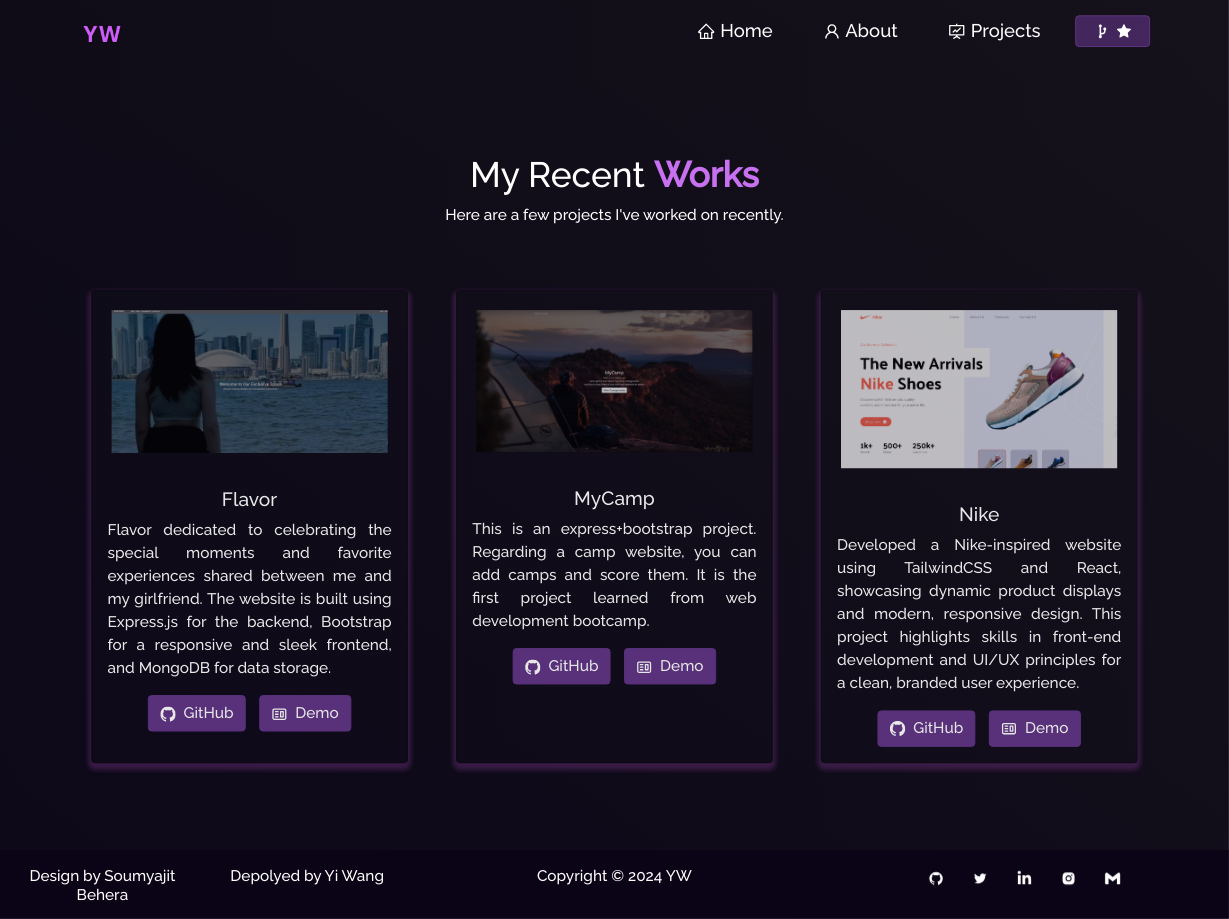
Repository: YiWang24/Portfolio
Page: /project
The author's editor kept a copy of each file at every save. The page is drawn from the files as they stood at one save, then again after the next save.
The browser window is 1280 px wide. The pictures show the whole page, at 96% of full size.
The project was rebuilt for these pictures with package versions that can differ from the ones it lists, and the page was loaded fresh each time. Also part of the build but not shown: src/components/Home/Home2.js, src/components/Home/Type.js, src/components/Home/Home.js, src/components/About/Github.js, src/components/About/Techstack.js, src/components/About/AboutCard.js, src/components/About/Toolstack.js, src/components/About/About.js and 1 more. Imported but missing from the stored project, and not drawn on this page: src/Assets/Soumyajit_Behera-BIT_MESRA.pdf.

Above is the page before, as saved 2024-10-28 13:26:48.

### public/index.html
<!DOCTYPE html>
<html lang="en">

<head>
  <meta charset="utf-8" />
  <link rel="icon" href="%PUBLIC_URL%/favicon.png" />
  <meta name="viewport" content="width=device-width, initial-scale=1" />
  <meta name="theme-color" content="#000000" />
  <meta name="description" content="Web site created using create-react-app" />
  <link rel="manifest" href="%PUBLIC_URL%/manifest.json" />
  <title>Yi Wang | Portfolio</title>
  <meta name="description" content="Self Developed personal website build with React.js">

  <!-- Google / Search Engine Tags -->
  <meta itemprop="name" content="Yi Wang | Portfolio">
  <meta itemprop="description" content="Self Developed personal website build with React.js">
  <meta itemprop="image"
    content="https://raw.githubusercontent.com/soumyajit4419/Portfolio/master/Images/readme-img.png?token=AK7VCIF5RYEUZZAURELPTAC76U6AK">

  <!-- Facebook Meta Tags -->
  <meta property="og:url" content="https://soumyajit.vercel.app">
  <meta property="og:type" content="website">
  <meta property="og:title" content="Yi Wang | Portfolio">
  <meta property="og:description" content="Self Developed personal website build with React.js">
  <meta property="og:image"
    content="https://raw.githubusercontent.com/soumyajit4419/Portfolio/master/Images/readme-img.png?token=AK7VCIF5RYEUZZAURELPTAC76U6AK">

  <!-- Twitter Meta Tags -->
  <meta name="twitter:card" content="summary_large_image">
  <meta name="twitter:title" content="Yi Wang | Portfolio">
  <meta name="twitter:description" content="Self Developed personal website build with React.js">
  <meta name="twitter:image"
    content="https://raw.githubusercontent.com/soumyajit4419/Portfolio/master/Images/readme-img.png?token=AK7VCIF5RYEUZZAURELPTAC76U6AK">
</head>

<body>
  <noscript>You need to enable JavaScript to run this app.</noscript>
  <div id="root"></div>
</body>

</html>

### src/components/Projects/Projects.js
import React from "react";
import { Container, Row, Col } from "react-bootstrap";
import ProjectCard from "./ProjectCards";
import Particle from "../Particle";
import flavor from "../../Assets/Projects/flavor.png";
import camp from "../../Assets/Projects/camp.png";
import nike from "../../Assets/Projects/Nike.png";

function Projects() {
  return (
    <Container
      fluid
      className="project-section "
      style={{ minHeight: "100vh" }}
    >
      <Particle />
      <Container>
        <h1 className="project-heading">
          My Recent <strong className="purple">Works </strong>
        </h1>
        <p style={{ color: "white" }}>
          Here are a few projects I've worked on recently.
        </p>
        <Row style={{ justifyContent: "center", paddingBottom: "10px" }}>
          <Col md={4} className="project-card">
            <ProjectCard
              imgPath={flavor}
              isBlog={false}
              title="Flavor"
              description="Flavor dedicated to celebrating the special moments and favorite experiences shared between me and my girlfriend. The website is built using Express.js for the backend, Bootstrap for a responsive and sleek frontend, and MongoDB for data storage. "
              ghLink="https://github.com/YiWang24/Flavor"
              demoLink="https://app1.yiwang.run/"
            />
          </Col>
          <Col md={4} className="project-card">
            <ProjectCard
              imgPath={camp}
              isBlog={false}
              title="MyCamp"
              description="This is an express+bootstrap project. Regarding a camp website, you can add camps and score them. It is the first project learned from web development bootcamp."
              ghLink="https://github.com/YiWang24/WyCamp"
              demoLink="https://app2.yiwang.run/"
            />
          </Col>
          <Col md={4} className="project-card">
            <ProjectCard
              imgPath={nike}
              isBlog={false}
              title="Nike"
              description="Developed a Nike-inspired website using TailwindCSS and React, showcasing dynamic product displays and modern, responsive design. This project highlights skills in front-end development and UI/UX principles for a clean, branded user experience."
              ghLink="https://github.com/YiWang24/Nike"
              demoLink="https://app3.yiwang.run/"
            />
          </Col>
        </Row>
      </Container>
    </Container>
  );
}

export default Projects;

### src/style.css
html {
  --section-background-color: linear-gradient(
    to bottom left,
    rgba(17, 16, 16, 0.582),
    rgba(12, 8, 24, 0.904)
  );

  --image-gradient: linear-gradient(
    to bottom left,
    rgba(17, 16, 16, 0.678),
    rgba(12, 10, 22, 0.863)
  );

  --imp-text-color: #c770f0;
}

.purple {
  color: var(--imp-text-color) !important;
}

button:focus {
  box-shadow: none !important;
}

/* --------- */
/*  Preloader */
/* --------- */
#preloader {
  position: fixed;
  top: 0;
  left: 0;
  width: 100%;
  height: 100%;
  z-index: 999999;
  background-color: #0c0513;
  background-image: url(./Assets/pre.svg);
  background-repeat: no-repeat;
  background-position: center;
}

#preloader-none {
  opacity: 0;
}

#no-scroll {
  overflow: hidden;
  height: 100vh;
}

/* --------- */
/*Scrollbar   */
/* --------- */

::-webkit-scrollbar {
  width: 7px;
}

/* Track */
::-webkit-scrollbar-track {
  background: #2d1950;
}

/* Handle */
::-webkit-scrollbar-thumb {
  background: rgba(178, 121, 216, 0.959);
  border-radius: 12px;
}

/* Handle on hover */
::-webkit-scrollbar-thumb:hover {
  background: rgba(222, 130, 235, 0.911);
  border-radius: 12px;
}

/* --------- */
/* Navbar Section  */
/* --------- */
.sticky {
  background-color: #1b1a2ea9 !important;
  transition: all 0.3s ease-out 0s !important;
  box-shadow: 0px 10px 10px 0px rgba(9, 5, 29, 0.171) !important;
  backdrop-filter: blur(15px) !important;
}

.navbar {
  position: fixed !important;
  transition: all 0.3s ease-out 0s !important;
  padding: 0.3rem 2rem !important;
  font-size: 1.2rem !important;
}

.navbar-toggler {
  position: relative !important;
  background-color: transparent !important;
  border-color: transparent !important;
}

.navbar-toggler span {
  display: block !important;
  background-color: #be50f4 !important;
  height: 4px !important;
  width: 27px !important;
  margin-top: 5px !important;
  margin-bottom: 5px !important;
  transform: rotate(0deg) !important;
  left: 0 !important;
  opacity: 1 !important;
}

.navbar-toggler:focus,
.navbar-toggler:active {
  outline: 0 !important;
}

.navbar-toggler span:nth-child(1),
.navbar-toggler span:nth-child(3) {
  transition: transform 0.35s ease-in-out !important;
  transition: transform 0.35s ease-in-out !important;
}

.navbar-toggler:not(.collapsed) span:nth-child(1) {
  position: absolute !important;
  left: 12px !important;
  top: 10px !important;
  transform: rotate(135deg) !important;
  opacity: 0.9 !important;
}

.navbar-toggler:not(.collapsed) span:nth-child(2) {
  height: 12px !important;
  visibility: hidden !important;
  background-color: transparent !important;
}

.navbar-toggler:not(.collapsed) span:nth-child(3) {
  position: absolute !important;
  left: 12px !important;
  top: 10px !important;
  transform: rotate(-135deg) !important;
  opacity: 0.9 !important;
}

@media (max-width: 767px) {
  .navbar {
    padding: 1rem 2rem !important;
    font-size: 1.4rem !important;
    background-color: #181a27 !important;
  }
  .navbar-nav .nav-item a::after {
    display: none !important;
  }
}
.navbar-brand {
  color: rgb(250, 250, 250) !important;
}

.logo {
  height: 1.4em !important;
  width: 2.5em !important;
}

.navbar-nav .nav-link {
  color: white !important;
  padding-right: 1rem !important;
  padding-left: 1rem !important;
}

.nav-link {
  padding: 0.8rem 1rem !important;
}

@media (max-width: 767px) {
  .nav-link {
    padding: 0.7rem 1rem !important;
  }
}

.navbar-nav .nav-item {
  position: relative;
  margin-left: 20px;
}

.navbar-nav .nav-item a {
  font-weight: 400;
  transition: all 0.3s ease-out 0s;
  position: relative;
  z-index: 1;
}

.navbar-nav .nav-item a::after {
  content: "";
  position: relative;
  display: block;
  height: 5px;
  width: 0;
  border-radius: 16px;
  background: #c95bf5;
  bottom: 1px;
  left: 0;
  z-index: -1;
  transition: all 0.3s ease-out 0s;
}

.navbar-nav .nav-item a:hover::after {
  width: 100%;
}

/* --------- */
/* Home section */
/* --------- */
.wave {
  animation-name: wave-animation; /* Refers to the name of your @keyframes element below */
  animation-duration: 2.1s; /* Change to speed up or slow down */
  animation-iteration-count: infinite; /* Never stop waving :) */
  transform-origin: 70% 70%; /* Pivot around the bottom-left palm */
  display: inline-block;
}

@keyframes wave-animation {
  0% {
    transform: rotate(0deg);
  }
  10% {
    transform: rotate(14deg);
  } /* The following five values can be played with to make the waving more or less extreme */
  20% {
    transform: rotate(-8deg);
  }
  30% {
    transform: rotate(14deg);
  }
  40% {
    transform: rotate(-4deg);
  }
  50% {
    transform: rotate(10deg);
  }
  60% {
    transform: rotate(0deg);
  } /* Reset for the last half to pause */
  100% {
    transform: rotate(0deg);
  }
}
#tsparticles {
  position: fixed !important;
  background-repeat: no-repeat !important;
  background-size: cover !important;
  width: 100%;
  height: 100%;
}

.home-header {
  padding-top: 80px !important;
}

.home-section {
  position: relative;
  z-index: -1;
  background-image: var(--image-gradient), url(./Assets/home-bg.jpg);
  background-position: top center;
  background-repeat: no-repeat;
  padding-bottom: 30px !important;
  padding-top: 30px !important;
}

.home-content {
  padding: 9rem 0 2rem !important;
  color: whitesmoke;
  text-align: left;
}

.heading {
  font-size: 2.4em !important;
  padding-left: 50px !important;
}

.heading-name {
  font-size: 2.5em !important;
  padding-left: 45px !important;
}

.main-name {
  color: #cd5ff8;
}

.Typewriter__wrapper {
  font-size: 2.2em !important;
  color: #be6adf !important;
  font-weight: 600 !important;
}
.Typewriter__cursor {
  font-size: 2.4em !important;
  color: #b562d6 !important;
}

@media (max-width: 767px) {
  .Typewriter__wrapper {
    font-size: 1.4em !important;
    font-weight: 500 !important;
    position: absolute !important;
  }
  .Typewriter__cursor {
    display: none !important;
  }
}

.myAvtar {
  justify-content: center !important;
  padding-top: 9em !important;
}

@media (max-width: 767px) {
  .myAvtar {
    padding-top: 2em !important;
    padding-bottom: 2em !important;
  }
}

.home-about-section {
  position: relative;
  padding-bottom: 70px !important;
  padding-top: 70px !important;
}

.home-about-description {
  color: white !important;
  padding-top: 100px !important;
  padding-bottom: 20px !important;
  text-align: center;
}

.home-about-body {
  padding-top: 50px;
  font-size: 1.2em !important;
  text-align: left;
}

.home-about-social {
  text-align: center !important;
  padding-top: 25px;
  color: white !important;
}

.home-about-social-links {
  justify-content: center !important;
  padding-top: 15px !important;
  display: inline-block !important;
  position: relative !important;
  padding-inline-start: 0 !important;
}

.home-social-icons {
  position: relative !important;
  display: inline-block !important;
  width: 40px !important;
  height: 40px !important;
  text-align: center !important;
  font-size: 1.2em !important;
  line-height: 2em !important;
  background: rgba(255, 255, 255, 0.972) !important;
  border-radius: 50% !important;
  transition: 0.5s !important;
}

.home-social-icons::before {
  content: "";
  position: absolute;
  top: 0;
  left: 0;
  width: 100%;
  height: 100%;
  border-radius: 50%;
  background: #68187a;
  transition: 0.5s;
  transform: scale(0.9);
  z-index: -1;
}

.home-social-icons:hover::before {
  transform: scale(1.1);
  box-shadow: 0 0 15px #801f95;
}

.home-social-icons:hover {
  color: #87209e;
  box-shadow: 0 0 5px #87209e;
  text-shadow: 0 0 2px #87209e;
}

.social-icons {
  display: inline-block !important;
  padding-right: 15px;
  padding-left: 15px;
}

.icon-colour {
  color: #700c86 !important;
}

/* --------- */
/* Footer */
/* --------- */
.footer {
  background-color: rgb(10, 4, 22);
  bottom: 0 !important;
  padding-top: 10px !important;
  padding-bottom: 8px !important ;
  margin-top: auto;
  text-align: center;
  width: 100%;
}
.footer-copywright {
  text-align: center !important;
}

.footer-body {
  z-index: 1;
  text-align: center !important;
}

@media (max-width: 767px) {
  .footer-copywright {
    text-align: center !important;
  }

  .footer-body {
    text-align: center !important;
  }
}

.footer h3 {
  font-size: 1em;
  color: white !important;
  margin-top: 0.5em !important;
  margin-bottom: 0.5em !important;
}
.footer-icons {
  margin-top: 0.5em !important;
  margin-bottom: 0.5em !important;
  padding: 0 !important;
}

.blockquote-footer {
  color: #a588c0 !important;
}
/* --------- */
/* Projects */
/* --------- */
.project-section {
  position: relative !important;
  padding-top: 150px !important;
  padding-bottom: 30px !important;
  background-image: var(--section-background-color) !important;
}

.project-card {
  padding-top: 50px !important;
  padding-bottom: 50px !important;
  padding-left: 25px !important;
  padding-right: 25px !important;
  height: auto !important;
}

.project-card-view {
  box-shadow: 0 4px 5px 3px rgba(119, 53, 136, 0.459) !important;
  color: white !important;
  background-color: transparent !important;
  opacity: 0.9 !important;
  transition: all 0.5s ease 0s !important;
  height: 100% !important;
}
.project-card-view:hover {
  transform: scale(1.02) !important;
  overflow: hidden !important;
  box-shadow: 0 4px 4px 5px rgba(129, 72, 144, 0.561) !important;
}

.blog-card {
  padding-top: 50px !important;
  padding-bottom: 50px !important;
  padding-left: 25px !important;
  padding-right: 25px !important;
  height: auto !important;
}

.blog-card-view {
  background-color: transparent !important;
  box-shadow: 0 3px 3px 2px rgba(145, 77, 161, 0.459) !important;
  color: white !important;
  transition: all 0.5s ease 0s !important;
  height: 100% !important;
}

.blog-link {
  color: white !important;
  text-decoration: none !important;
}

.blog-link:hover {
  cursor: pointer !important;
}

.blog-card-view:hover {
  transform: scale(1.02) !important;
  overflow: hidden !important;
  box-shadow: 0 3px 3px 5px rgba(155, 88, 173, 0.65) !important;
}

.card-img-top {
  padding: 20px !important;
  opacity: 0.8 !important;
  border-radius: 10px !important;
}

.blog-img {
  padding: 0px !important;
  opacity: 0.8 !important;
  border-radius: 0px !important;
}

.btn-primary {
  color: #fff !important;
  background-color: #623686 !important;
  border-color: #623686 !important;
}

.btn-primary:hover {
  color: #fff !important;
  background-color: #6d20c5d7 !important;
  border-color: #6d20c5d7 !important;
}
.btn:focus {
  outline: none !important;
  box-shadow: none !important;
}
.project-heading {
  color: white !important;
  font-size: 2.3em !important;
  font-weight: 500 !important;
  padding-top: 10px !important;
}

/* --------- */
/* About */
/* --------- */

.about-section {
  position: relative !important;
  padding-top: 150px !important;
  padding-bottom: 30px !important;
  background-image: var(--section-background-color) !important;
  color: white !important;
}

.tech-icons {
  font-size: 4.5em !important;
  margin: 15px !important;
  padding: 10px !important;
  opacity: 0.93 !important;
  border: 1.7px solid rgba(200, 137, 230, 0.637) !important;
  vertical-align: middle !important;
  text-align: center !important;
  border-radius: 5px !important;
  display: table !important;
  box-shadow: 4px 5px 4px 3px rgba(89, 4, 168, 0.137) !important;
  overflow: hidden !important;
  transition: all 0.4s ease 0s !important;
}

@media (max-width: 767px) {
  .tech-icons {
    margin: 10px !important;
  }
}

.tech-icons:hover {
  transform: scale(1.05) !important;
  overflow: hidden !important;
  border: 2.2px solid rgba(197, 115, 230, 0.883) !important;
}
.tech-icon-images {
  padding: 20px !important;
  line-height: 1.6 !important;
}

.quote-card-view {
  border: none !important;
  color: white !important;
  background-color: transparent !important;
}

.about-activity {
  list-style: none !important;
  text-align: left !important;
  padding-left: 1px !important;
}

@media (max-width: 767px) {
  .about-img {
    padding-top: 0 !important;
  }
}
/* --------- */
/* Resume */
/* --------- */

.resume-section {
  position: relative !important;
  padding-top: 110px !important;
  padding-bottom: 30px !important;
  background-image: var(--section-background-color) !important;
  color: white !important;
}

.resume {
  padding-top: 50px;
  padding-bottom: 50px;
  justify-content: center;
}

.resume-left {
  padding-right: 80px !important;
}

.resume-right {
  padding-left: 80px !important;
}

@media (max-width: 767px) {
  .resume-left {
    padding-right: 15px !important;
    padding-left: 15px !important;
  }

  .resume-right {
    padding-right: 15px !important;
    padding-left: 15px !important;
  }
}
.resume .resume-title {
  font-size: 2em;
  font-weight: 700;
  padding-top: 30px;
  padding-bottom: 30px;
}

.resume .resume-item {
  padding: 0 0 10px 25px;
  margin-top: -2px;
  border-left: 2px solid #8a49a8;
  position: relative;
}

.resume .resume-item .resume-title {
  line-height: 18px;
  font-size: 0.9em;
  background: #5234795d;
  padding: 8px 15px;
  display: inline-block;
  font-weight: 600;
  margin-bottom: 10px;
}

.resume .resume-item ul {
  padding-left: 20px;
  text-align: justify;
}

.resume .resume-item ul li {
  padding-bottom: 10px;
  list-style: none;
}

.resume .resume-item:last-child {
  padding-bottom: 0;
}

.resume .resume-item::before {
  content: "";
  position: absolute;
  width: 16px;
  height: 16px;
  border-radius: 50px;
  left: -9px;
  top: 0;
  background: #fff;
  border: 2px solid #8a49a8;
}

.like-item {
  padding-top: 10px !important;
  font-size: 1.1em !important;
  font-family: sans-serif !important;
}

.like-btn {
  background-color: #934cce5e !important;
  border-color: #934cce5e !important;
  padding: 0.25rem 0.98rem !important;
  border-radius: 5px !important;
  line-height: 1.4 !important;
  transition: 0.3s ease !important;
}

.like-btn:hover {
  transform: translateY(-2px) !important;
  background-color: #a24dd386 !important;
  border-color: #a24dd386 !important;
}

.animate-like {
  animation-name: likeAnimation;
  animation-fill-mode: forwards;
  animation-duration: 0.85s;
}
@keyframes likeAnimation {
  0% {
    transform: scale(1.5);
  }
  100% {
    transform: scale(1);
  }
}

.fork-btn {
  font-size: 1.1em !important;
  padding-top: 10px !important;
}

.fork-btn-inner {
  line-height: 1.4em !important;
  background-color: #934cce5e !important;
  padding: 0.25rem 1.1rem !important;
  vertical-align: middle !important;
  text-align: center !important;
}

.fork-btn-inner:hover {
  transform: translateY(-2px) !important;
  background-color: #a24dd386 !important;
  border-color: #a24dd386 !important;
}
.fork-btn-inner::after {
  display: none !important;
}

### src/components/Particle.js
import React from "react";
import Particles from "react-tsparticles";

function Particle() {
  return (
    <Particles
      id="tsparticles"
      params={{
        particles: {
          number: {
            value: 160,
            density: {
              enable: true,
              value_area: 1500,
            },
          },
          line_linked: {
            enable: false,
            opacity: 0.03,
          },
          move: {
            direction: "right",
            speed: 0.05,
          },
          size: {
            value: 1,
          },
          opacity: {
            anim: {
              enable: true,
              speed: 1,
              opacity_min: 0.05,
            },
          },
        },
        interactivity: {
          events: {
            onclick: {
              enable: true,
              mode: "push",
            },
          },
          modes: {
            push: {
              particles_nb: 1,
            },
          },
        },
        retina_detect: true,
      }}
    />
  );
}

export default Particle;

### src/components/Projects/ProjectCards.js
import React from "react";
import Card from "react-bootstrap/Card";
import Button from "react-bootstrap/Button";
import { CgWebsite } from "react-icons/cg";
import { BsGithub } from "react-icons/bs";

function ProjectCards(props) {
  return (
    <Card className="project-card-view">
      <Card.Img variant="top" src={props.imgPath} alt="card-img" />
      <Card.Body>
        <Card.Title>{props.title}</Card.Title>
        <Card.Text style={{ textAlign: "justify" }}>
          {props.description}
        </Card.Text>
        <Button variant="primary" href={props.ghLink} target="_blank">
          <BsGithub /> &nbsp;
          {props.isBlog ? "Blog" : "GitHub"}
        </Button>
        {"\n"}
        {"\n"}

        {/* If the component contains Demo link and if it's not a Blog then, it will render the below component  */}

        {!props.isBlog && props.demoLink && (
          <Button
            variant="primary"
            href={props.demoLink}
            target="_blank"
            style={{ marginLeft: "10px" }}
          >
            <CgWebsite /> &nbsp;
            {"Demo"}
          </Button>
        )}
      </Card.Body>
    </Card>
  );
}
export default ProjectCards;

Loaded but not shown: src/index.js (common file); src/index.css (common file); src/App.js (common file); src/reportWebVitals.js (common file); src/components/Pre.js (common file); src/components/ScrollToTop.js (common file); src/App.css (common file); src/components/Navbar.js (122 lines, source omitted); src/components/Footer.js (94 lines, source omitted)

After the next save:
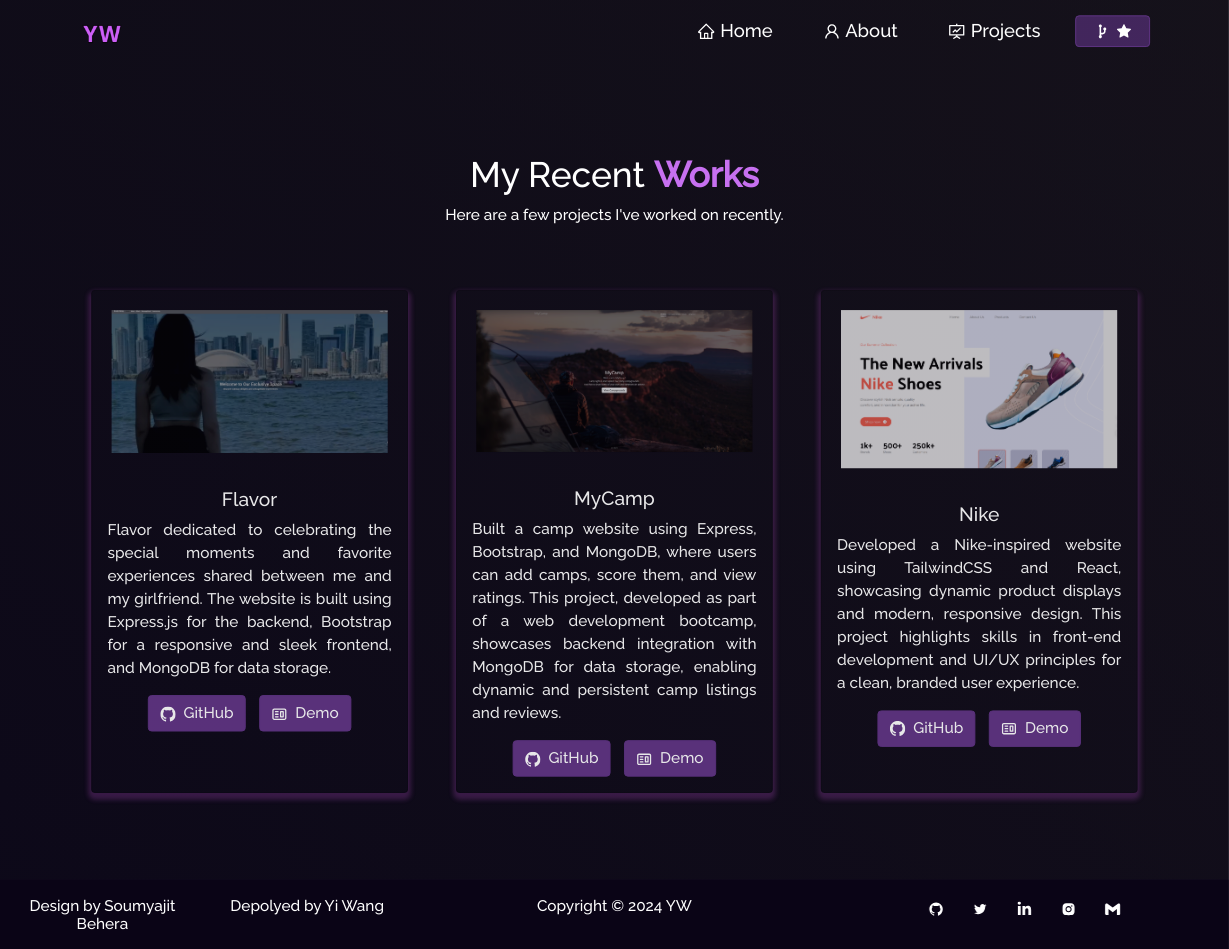
Saved 55 s later.
--- a/src/components/Projects/Projects.js
+++ b/src/components/Projects/Projects.js
@@ -37,7 +37,7 @@
               imgPath={camp}
               isBlog={false}
               title="MyCamp"
-              description="This is an express+bootstrap project. Regarding a camp website, you can add camps and score them. It is the first project learned from web development bootcamp."
+              description="Built a camp website using Express, Bootstrap, and MongoDB, where users can add camps, score them, and view ratings. This project, developed as part of a web development bootcamp, showcases backend integration with MongoDB for data storage, enabling dynamic and persistent camp listings and reviews."
               ghLink="https://github.com/YiWang24/WyCamp"
               demoLink="https://app2.yiwang.run/"
             />
